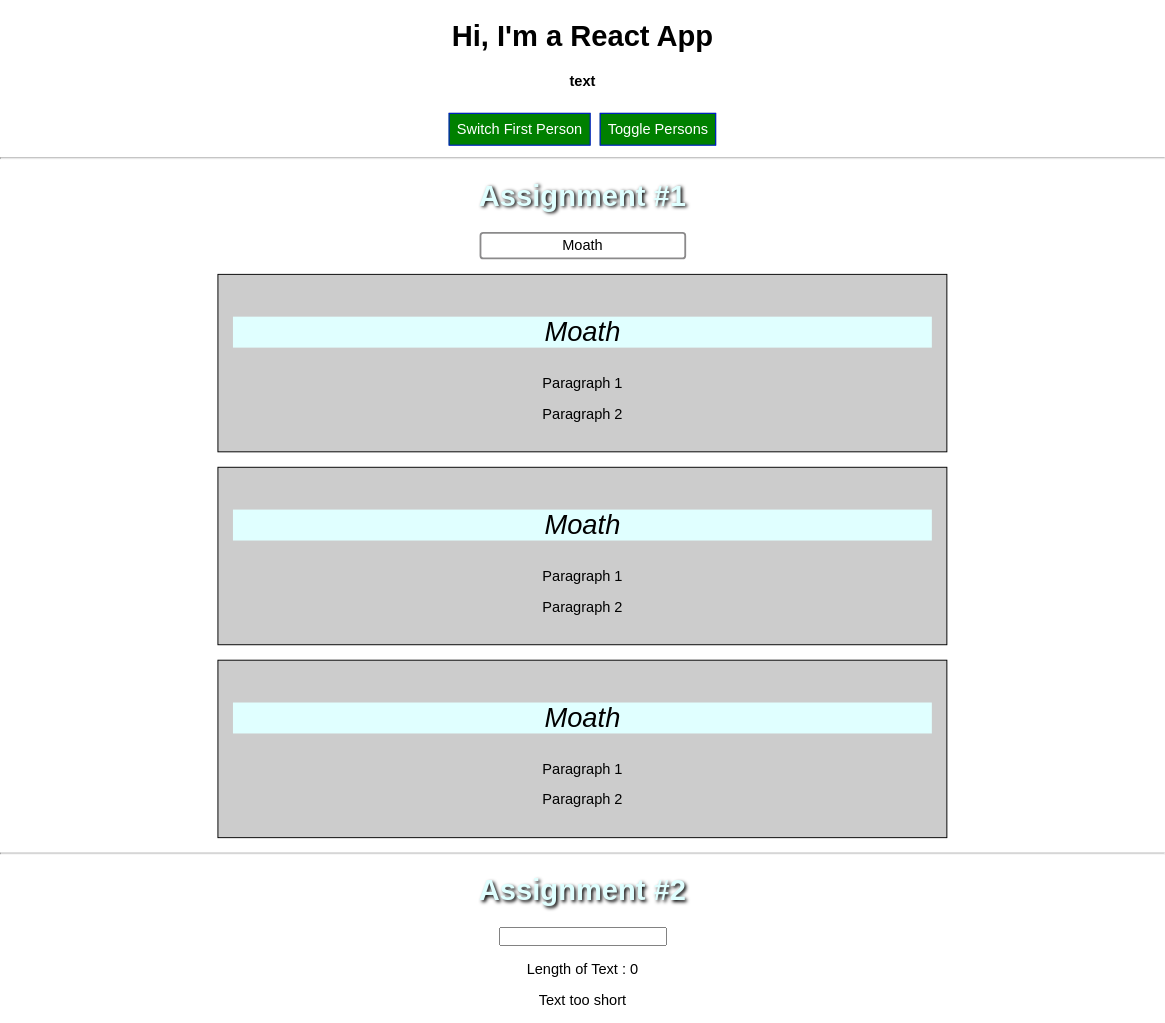
Repository: MuathYHKefayah/React-Basics
Page: /
An editor plug-in stored every save of this project. The page is shown before and after the next save, followed by the edit.
The browser window is 1280 px wide. The pictures show the whole page, at 91% of full size.
The project was rebuilt for these pictures with package versions that can differ from the ones it lists, and the page was loaded fresh each time. Also part of the build but not shown: src/CharComponent/CharComponent.js, src/Person/Person.css, src/Person/Person.js.

Above is the page before, as saved 2020-12-12 18:39:04.

### src/App.js
import React, { Component } from 'react';
import './App.css';
import CharComponent from './CharComponent/CharComponent';
import Person from './Person/Person';
import UserInput from './UserInput/UserInput';
import UserOutput from './UserOutput/UserOutput';
import ValidationComponent from './ValidationComponent/ValidationComponent';

class App extends Component {
  state = {
     persons: [
       { id: 'item1', name:'Moath', age: 25},
       { id: 'item2', name:'Ahmad', age: 26},
       { id: 'item3', name:'Khaled', age: 27},
     ],
     username: "Moath",
     showPersons: false,
     inputText: ''
  }

  switchNameHandler  = (newName, newAge, index) => {
    //let personsCopy = JSON.parse(JSON.stringify(this.state.persons));
    //let personsCopy = this.state.persons.slice();
    let personsCopy = [...this.state.persons];
    personsCopy[index].name = newName;
    personsCopy[index].age = newAge;

    //Don't Do This: this.state.persons[index].name = newName;
    // this.setState({
    //   persons: [
    //     { name:newName, age: 25},
    //     { name:'Ahmad', age: 26},
    //     { name:'Khaled', age: newAge},
    //   ]
    // })
    this.setState({
        persons: personsCopy
      })
  }

  nameChangedHandler = (event, id) => {
    const personIndex = this.state.persons.findIndex(p => {
      return p.id === id;
    });

    const person = {
      ...this.state.persons[personIndex]
    }

    const persons = [...this.state.persons];
    persons[personIndex] = person;

    this.setState({
      persons: persons
    })
  }

  deletePersonHandler = (personIndex) => {
    const persons = [...this.state.persons];
    persons.splice(personIndex, 1);
    this.setState({persons: persons});
  }

  togglePersonsHandler = () => {
    const doesShow =  this.state.showPersons;
    this.setState({
      showPersons : !doesShow
    });
  }


  //Assignment #1
  usernameChangedHandelr = (event) => {
    this.setState({
      username: event.target.value
    })
  }

  //Assignment #2
  inputchangedHandler = (event) => {
    this.setState({
      inputText: event.target.value
    })
  }

  deleteCharHandler = (charIndex) => {
    const inputText = this.state.inputText.split('');
    inputText.splice(charIndex, 1);
    const updatedText = inputText.join('');
    this.setState({inputText: updatedText});
  }



  render() {
    const style = {
      backgroundColor: 'green',
      color: 'white',
      font: 'inherit',
      border: '1px solid blue',
      padding: '8px',
      cursor: 'pointer',
      margin: '5px'
    };

    const assignmentStyle = {
      color: 'lightcyan',
      textShadow: '2px 2px 4px #000000'
    }

    let persons = null;
    // Way #2 this is the preferd way
    if(this.state.showPersons){
      persons =
        (
          <div>
            {this.state.persons.map((person, index) => {
              return <Person
                        key={person.id}
                        name={person.name}
                        age={person.age}
                        click={this.switchNameHandler.bind(this, person.name+'!', person.age + 5, index)}
                        changed={(event) => this.nameChangedHandler(event, person.id)}
                        deleted={this.deletePersonHandler.bind(this, index)}
                        />
            })
            }

          </div>
        );

        style.backgroundColor = 'red';

    }


    let classes = [];

    if(this.state.persons.length <= 2){
      classes.push('red');
    }
    if(this.state.persons.length <= 1){
      classes.push('bold');
    }


    return (
      // jsx \\ write html code in js file
      <div className="App">
        <h1>Hi, I'm a React App</h1>
        <h4 className={classes.join(' ')}>text</h4>
        {
          this.state.persons.length > 0 ?
          <div>
            <button
              style={style}
              onClick={this.switchNameHandler.bind(this, this.state.persons[0].name + '!!', 30, 0)}>Switch First Person</button>
            <button
              style={style}
              onClick={this.togglePersonsHandler}> Toggle Persons</button>
          </div> : alert('If you delete this person you will not have any Person then!')
        }

        {
        // Way #1
        /* { this.state.showPersons ?
            <div>
              <Person name={this.state.persons[0].name} age={this.state.persons[0].age}/>
              <Person
                name={this.state.persons[1].name}
                age={this.state.persons[1].age}
                click={this.switchNameHandler.bind(this, 'Moath!', 40)}
                changed={this.nameChangedHandler}
                >My Hobbies: Racing</Person>
              <Person name={this.state.persons[2].name} age={this.state.persons[2].age}/>
            </div> : null
        } */}
        {persons}

        <hr/>
        <h1 style={assignmentStyle}>Assignment #1</h1>
        <UserInput
          name={this.state.username}
          changed={this.usernameChangedHandelr}/>

        <UserOutput name={this.state.username}/>
        <UserOutput name={this.state.username}/>
        <UserOutput name={this.state.username}/>
        <hr/>
        <h1 style={assignmentStyle}>Assignment #2</h1>

        <div>
          <input type="text" onChange={this.inputchangedHandler} value={this.state.inputText}/>
          <p>Length of Text : {this.state.inputText.length}</p>
          <ValidationComponent textLength={this.state.inputText.length} />
          <div>
            { this.state.inputText.split('').map( (ch, index) => {
              return <CharComponent
                        key={index}
                        letter={ch}
                        clicked={() => this.deleteCharHandler(index)}/>;
            })

            }
          </div>
        </div>
      </div>
    );
    //return React.createElement('div', {className: 'App'} , React.createElement('h1', null , 'Hi, I\'m a React App !!!' ))
  }
}

export default App;

### src/UserInput/UserInput.js
import React, { Component } from 'react';


class UserInput extends Component{
    render(){
        const style = {
            fontSize: '16px',
            fontFamily: 'inherit',
            padding: '0.25em 0.5em',
            backgroundColor: '#fff',
            border: '2px solid #8b8a8b',
            borderRadius: '4px',
            textAlign: 'center'
        }
        return(
            <div className="UserInput">
                <input
                    style= {style}
                    type="text"
                    onChange={this.props.changed}
                    value={this.props.name}/>
            </div>

        );
    }
}

export default UserInput;

### src/UserOutput/UserOutput.js
import React, { Component } from 'react';
import './UserOutput.css'

class UserOutput extends Component {

    render(){
        const style = {
            backgroundColor: 'lightcyan',
            fontStyle: 'oblique',
            fontSize: '30px'
        };
        return(
            <div className="UserOutput">
                <p style={style}>{this.props.name}</p>
                <p>Paragraph 1</p>
                <p>Paragraph 2</p>
            </div>
        );
    }
}

export default UserOutput;

### src/ValidationComponent/ValidationComponent.js
import React from 'react';

const ValidationComponent = (props) => {
    return (
        props.textLength > 5 ? <p>Text long enough</p> : <p>Text too short</p>
    )
};

export default ValidationComponent;

### src/UserOutput/UserOutput.css
.UserOutput{
    width: 60%;
    border: 1px solid black;
    padding: 16px;
    background-color: #ccc;
    margin: 16px auto;
    text-align: center;
}

Loaded but not shown: public/index.html (common file); src/index.js (common file); src/index.css (common file); src/registerServiceWorker.js (common file); src/App.css (common file)

After the next save:
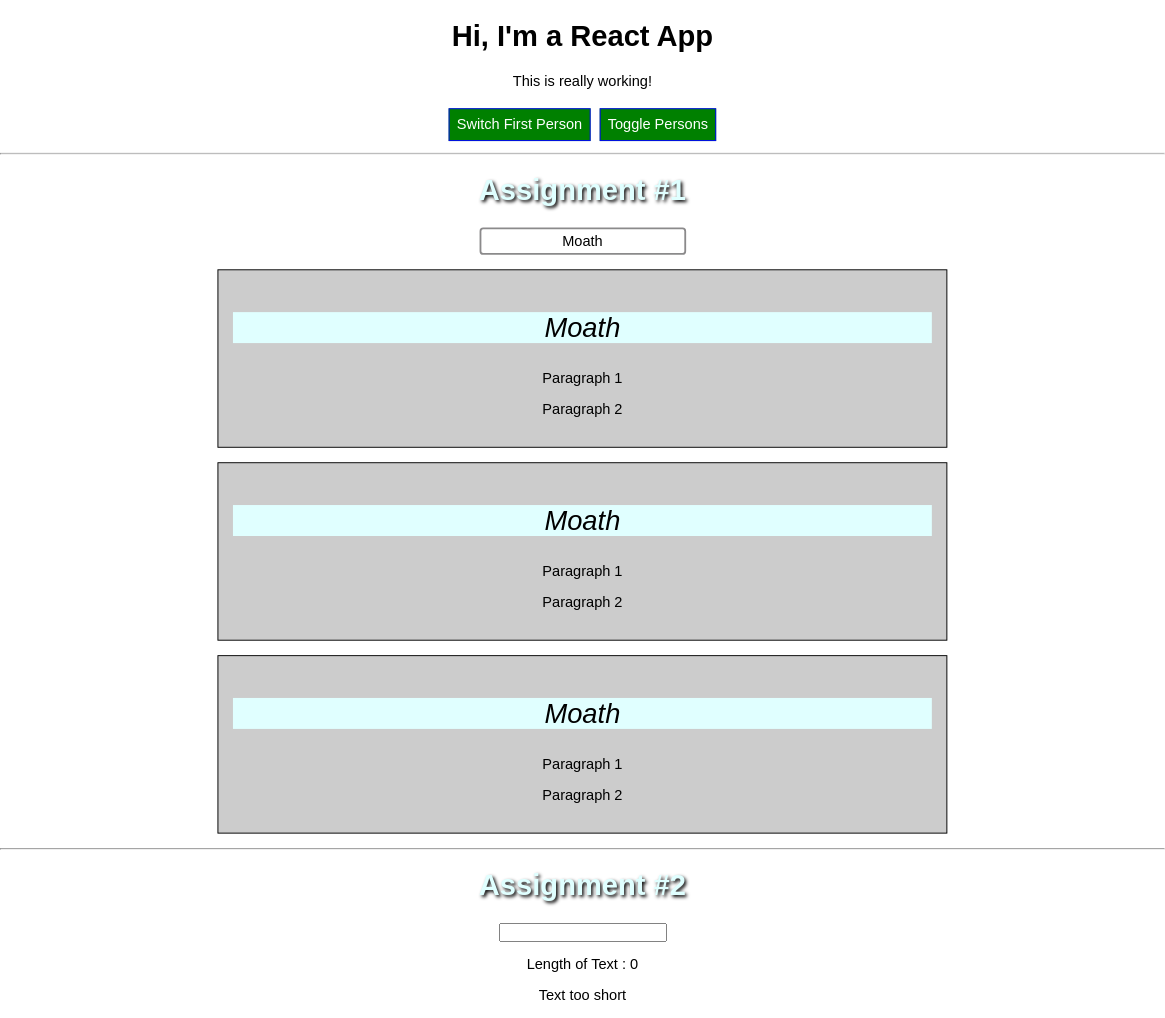
Saved 45 s later.
--- a/src/App.js
+++ b/src/App.js
@@ -148,7 +148,7 @@ class App extends Component {
       // jsx \\ write html code in js file
       <div className="App">
         <h1>Hi, I'm a React App</h1>
-        <h4 className={classes.join(' ')}>text</h4>
+        <p className={classes.join(' ')}>This is really working! </p>
         {
           this.state.persons.length > 0 ?
           <div>
